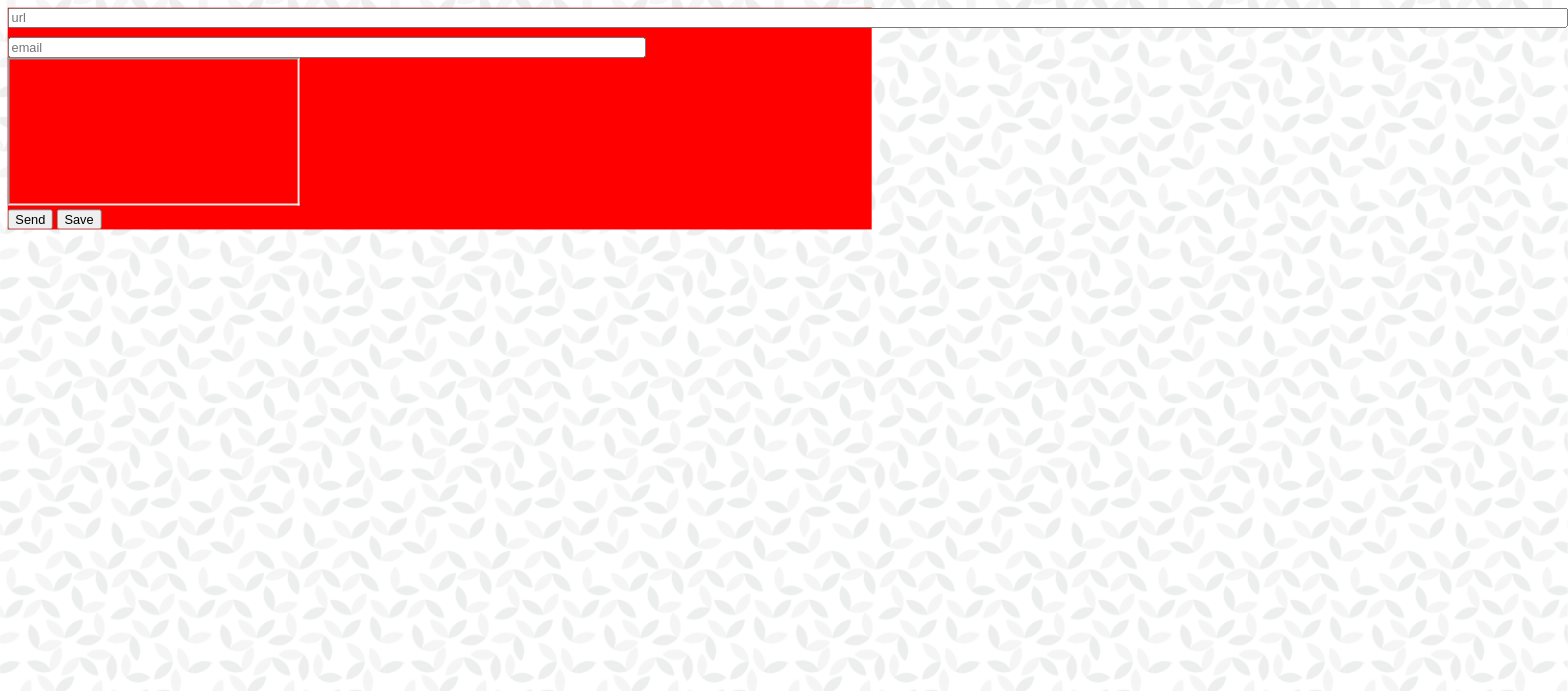
Repository: michalski9wsb/rss_final
Page: index.html
An editor plug-in stored every save of this project. The page is shown before and after the next save, followed by the edit.
The browser window is 1280 px wide. The page is 1633 px wide, then 1280 px, so the pictures cover 1633 px, including what lies to the right of the window. The pictures show the whole page, at 96% of full size.

Above is the page before, as saved 2020-02-23 11:59:18.

After the next save:
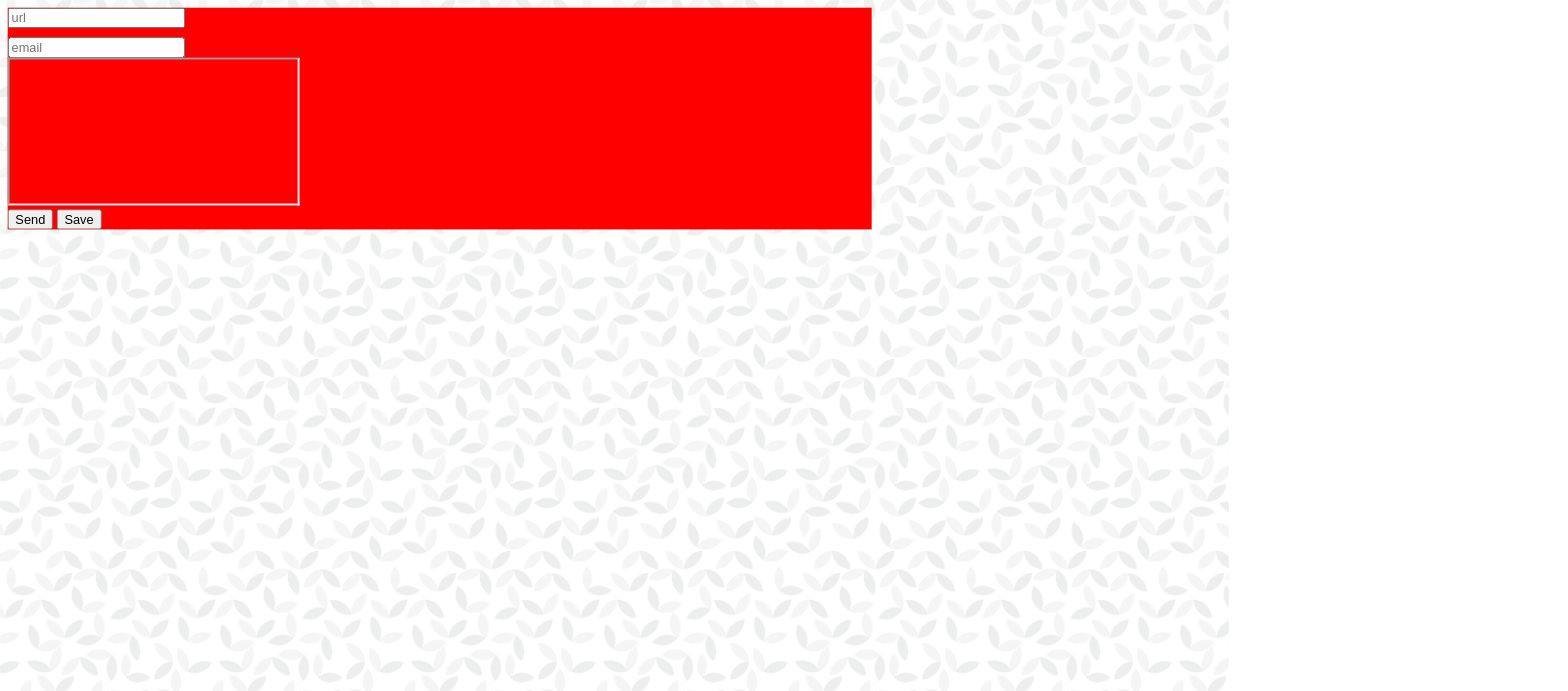
Saved 9 min 20 s later.
--- a/index.html
+++ b/index.html
@@ -11,10 +11,10 @@
     <body>
         <form method="get" action="send.php">
             <div class="url-flex row">
-                <input id="url" size="200" name="url" type="url" placeholder="url"/>
+                <input id="url"  name="url" type="url" placeholder="url"/>
             </div>
             <div class="email-flex row">
-                <input id="email" size="80" name="email" type="email" placeholder="email" />
+                <input id="email"  name="email" type="email" placeholder="email" />
                 <div id="debug">
                     <iframe id="debug" name="debug">
 
